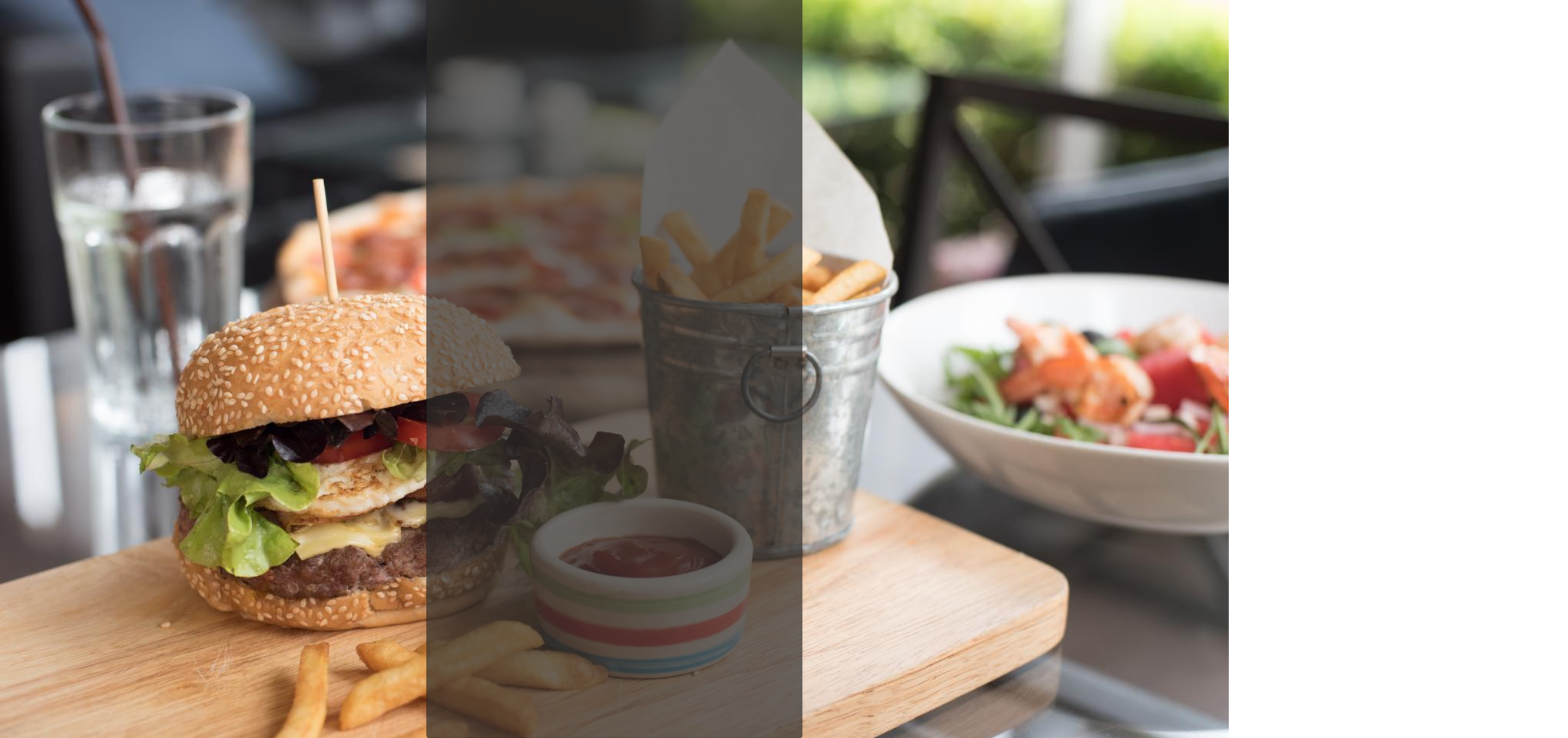
Repository: AnaMassaro/projetoRestaurante
Page: http://localhost/WEBRes/controleProduto.jsp
The author's editor kept a copy of each file at every save. The page is drawn from the files as they stood at one save, then again after the next save.
The browser window is 1280 px wide. The page is 1633 px wide, then 1527 px, so the pictures cover 1633 px, including what lies to the right of the window. The pictures show the whole page, at 96% of full size.
The page is served by Tomcat 9.

Above is the page before, as saved 2019-12-11 11:03:13.
Console error: TypeError: Cannot read properties of undefined (reading 'fn')
Not found: WEBRes/WEBRes/style.css

After the next save:
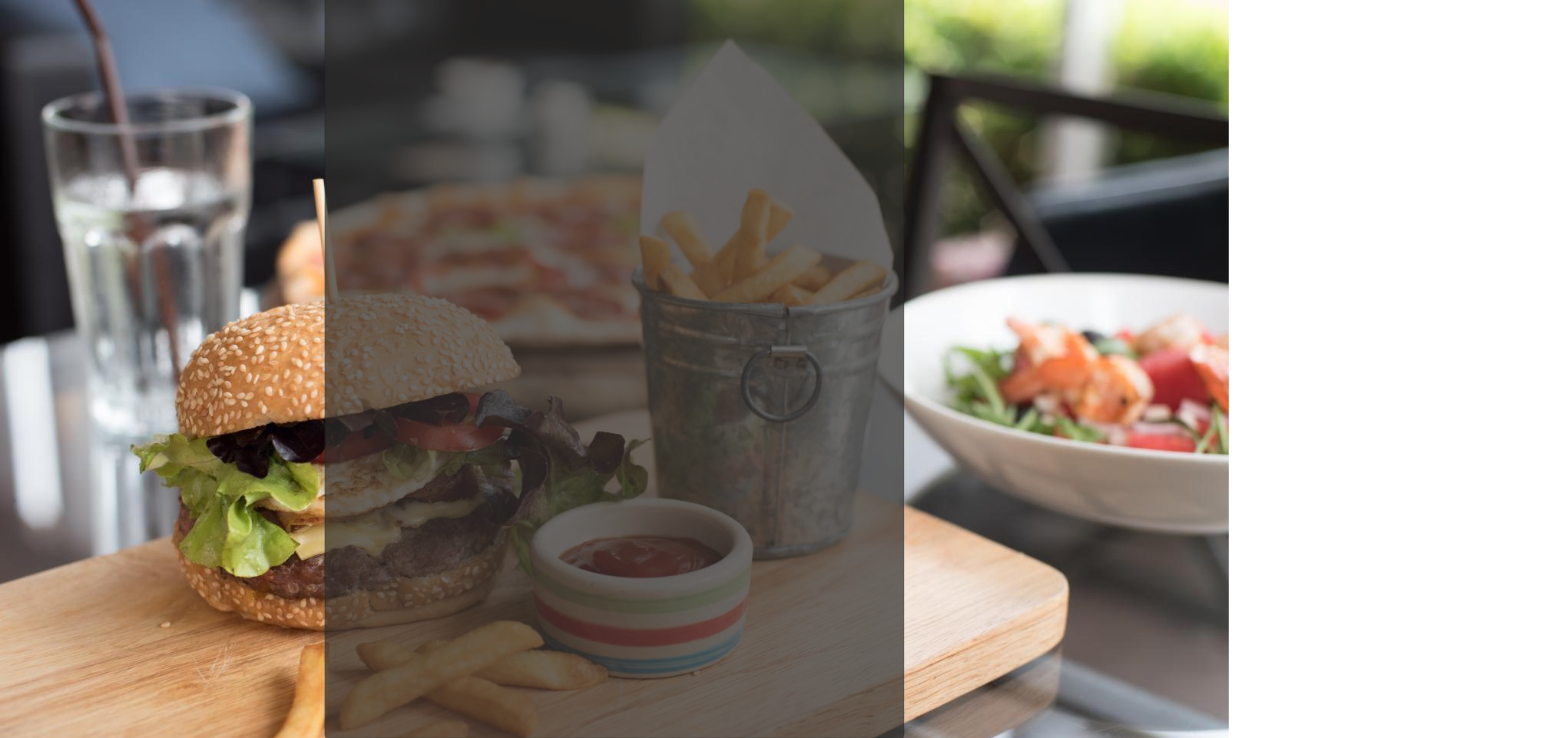
Saved 22 s later.
--- a/WEBRes/WebContent/controleProduto.jsp
+++ b/WEBRes/WebContent/controleProduto.jsp
@@ -50,7 +50,7 @@
 
 		<div class="container c">
 			<div class="row justify-content-center">
-				<div class="col-12 col-lg-4">
+				<div class="col-12 col-lg-6">
 					<div class="card p-5" style="background-color:rgba(46, 45, 44,0.7)">
 						<div class="container">
 							<div class="row justify-content-center">
